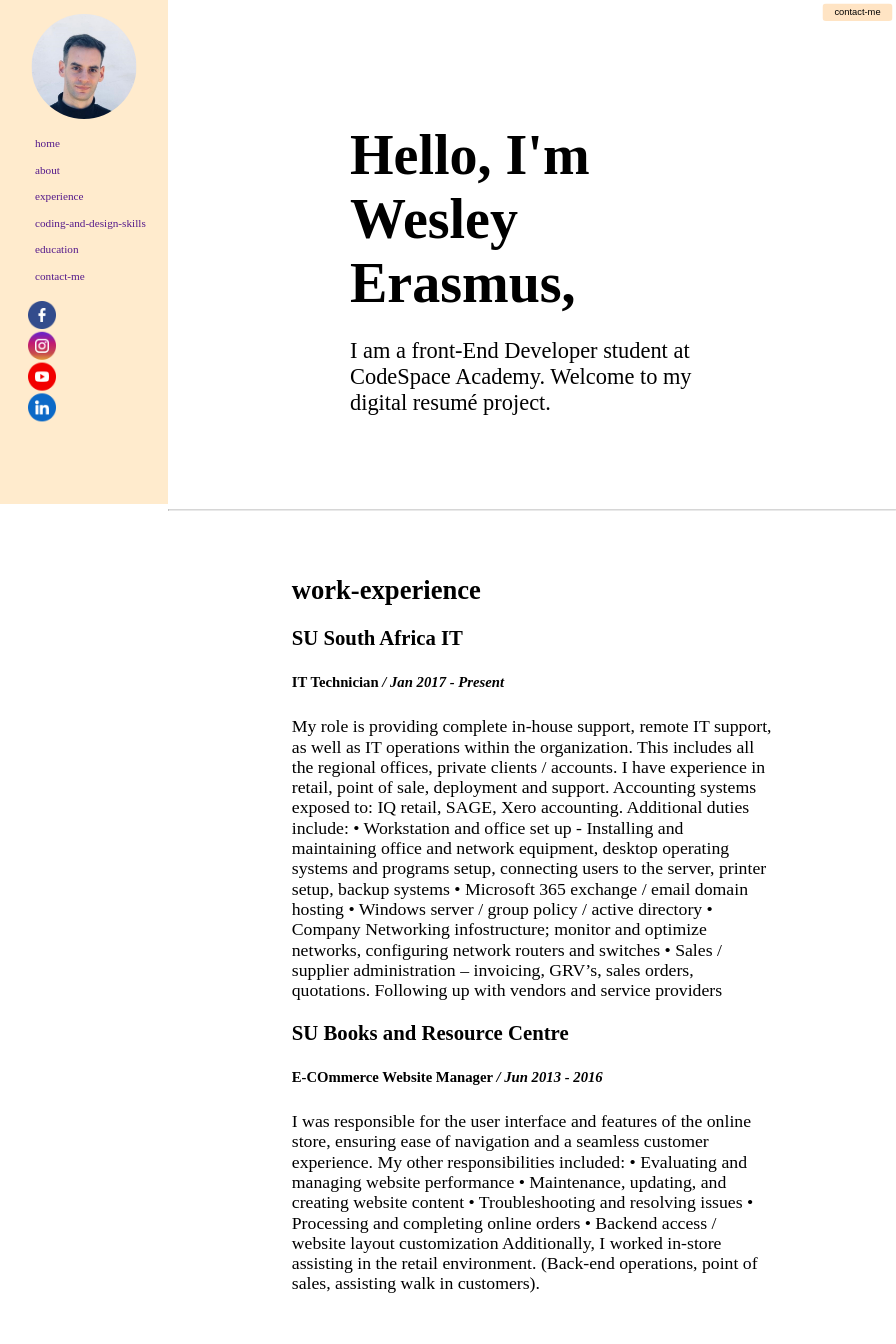
Repository: WesleyErasmus/MyDigitalResume-5
Page: index.html
An editor plug-in stored every save of this project. The page is shown before and after the next save, followed by the edit.
The browser window is 1280 px wide. The pictures show the part of the page from y = 0 to 1920 px (the page is 2928 px tall), at 70% of full size.

Above is the page before, as saved 2022-02-25 21:03:31.

### index.html
<!DOCTYPE html>
<html lang="en">

<head>
    <meta charset="UTF-8">
    <meta http-equiv="X-UA-Compatible" content="IE=edge">
    <meta name="viewport" content="width=device-width, initial-scale=1.0">
    <title>Wesley Erasmus Digital Resume 5</title>
    <link rel="stylesheet" href="stylesheet.css">
</head>

<body>
    <!-- look into using use hr tag -->
    <header>
        <span>
            <button id="contact-me-btn">contact-me</button>
        </span>
    </header>
    <nav>
        <img id="headshot" src="images/headshot.jpeg" alt="headshot">
        <!-- <h1 id="full-name">Wesley Erasmus</h1> -->
        <ul class="nav-btns">
            <li><a href="">home</a></li>
            <li><a href="">about</a></li>
            <li><a href="">experience</a></li>
            <li><a href="">coding-and-design-skills</a></li>
            <li><a href="">education</a></li>
            <li><a href="">contact-me</a></li>
        </ul>
        <!-- <div>move social media links down</div> -->
        <ul class="social-media-links">
            <li><a href="https://www.facebook.com/codespaceza" target="_blank"><img src="/icons/facebook.png"
                        alt="Facebook" width="40px" height="40px"></a></li>
            <li><a href="https://www.instagram.com/codespaceza/" target="_blank"><img src="icons/instagram.png"
                        alt="Instagram" width="40px" height="40px"></a></li>
            <li><a href="https://www.youtube.com/channel/UCfmXJliguiwBv2QlRzWdrxA" target="_blank"><img
                        src="icons/youtube.png" alt="YouTube" width="40px" height="40px"></a></li>
            <li><a href="https://www.linkedin.com/school/codespaceza/" target="_blank"><img src="icons/linkedin.png"
                        alt="LinkedIn" width="40px" height="40px"></a></li>
        </ul>
    </nav>
    <main>
        <article class="about-me">
            <h1 id="hello">Hello, I'm Wesley Erasmus,</h1>
                    <p>I am a front-End Developer student at CodeSpace Academy. Welcome to my digital resumé project.</p>
        </article>
        <hr>
        <article class="job-experience">
            <h1>work-experience</h1>
            <h3>SU South Africa IT</h3>
            <h5>IT Technician <em>/ Jan 2017 - Present</em></h5>
            <p>My role is providing complete in-house support, remote IT support, as well as IT operations within the
                organization. This includes all the regional offices, private clients / accounts. I have experience in
                retail, point of sale, deployment and support. Accounting systems exposed to: IQ retail, SAGE, Xero
                accounting. Additional duties include:
                • Workstation and office set up - Installing and maintaining office and network equipment, desktop
                operating systems and programs setup, connecting users to the server, printer setup, backup systems
                • Microsoft 365 exchange / email domain hosting
                • Windows server / group policy / active directory
                • Company Networking infostructure; monitor and optimize networks, configuring network routers and
                switches
                • Sales / supplier administration – invoicing, GRV’s, sales orders, quotations. Following up with
                vendors and service providers</p>
            <h3>SU Books and Resource Centre</h3>
            <h5>E-COmmerce Website Manager <em>/ Jun 2013 - 2016</em></h5>
            <p>I was responsible for the user interface and features of the online store, ensuring ease of navigation and a seamless customer experience. My other responsibilities included:
                • Evaluating and managing website performance
                • Maintenance, updating, and creating website content
                • Troubleshooting and resolving issues
                • Processing and completing online orders
                • Backend access / website layout customization
                Additionally, I worked in-store assisting in the retail environment. (Back-end operations, point of sales, assisting walk in customers).</p>
        </article>
        <article class="coding-and-design-skills">
            <h1>my-coding-and-design-skills</h1>
            <ul>
                <li>HTML</li>
                <li>CSS</li>
                <li>Bootstrap</li>
                <li>Typography</li>
                <li>GitHub / Git / Version Control</li>
                <li>Wireframing</li>
                <li>UX design & UI design</li>
                <li>Figma / Adobe XD</li>
            </ul>
        </article>
        <hr>
        <article class="education">
            <h1>education</h1>
            <ul>
                <li><h3>CodeSpace Academy</h3><p>web-design</p></li>
                <li><h3>UNISA</h3><p>marketing-management</p></li>
            </ul>
        </article>
        <article>
            about me - use linkedin profile
        </article>
    </main>
    <footer>
        <h3>my-contact-details</h3>
        <div class="footer-contact-details">email</div>
        <div class="footer-contact-details">whatsApp</div>
        <div class="footer-contact-details">linkedIn</div>



        <ul class="social-media-links">
            <li><a href="https://www.facebook.com/codespaceza" target="_blank"><img src="/icons/facebook.png"
                        alt="Facebook" width="40px" height="40px"></a></li>
            <li><a href="https://www.instagram.com/codespaceza/" target="_blank"><img src="icons/instagram.png"
                        alt="Instagram" width="40px" height="40px"></a></li>
            <li><a href="https://www.youtube.com/channel/UCfmXJliguiwBv2QlRzWdrxA" target="_blank"><img
                        src="icons/youtube.png" alt="YouTube" width="40px" height="40px"></a></li>
            <li><a href="https://www.linkedin.com/school/codespaceza/" target="_blank"><img src="icons/linkedin.png"
                        alt="LinkedIn" width="40px" height="40px"></a></li>
        </ul>
    </footer>

</body>

</html>

### stylesheet.css
* {
  box-sizing: border-box;
  list-style-type: none;
}
body {
  margin: 0 0 0 240px;
  padding: 0;
}
header {
  text-align: center;
}
#headshot {
  width: 150px;
  border-radius: 50%;
  display: block;
  margin: 0 auto;
  margin-top: 20px;
  padding: 0;
  /* margin-left: auto;
    margin-right: auto; */
}
/* h1#full-name {
    text-align: center;
    font-size: 40px;
    padding: 0px;
    margin: 10px 0 0 0;
} */
button#contact-me-btn {
  position: fixed;
  float: right;
  right: 0;
  z-index: 1;
  background-color: bisque;
  width: 100px;
  height: 25px;
  margin: 5px 5px 20px;
  border-radius: 5px;
  border: none;
}
nav {
  background-color: blanchedalmond;
  float: left;
  position: fixed;
  left: 0;
  overflow-y: auto;
  overflow-x: hidden;
  height: 100vh;
  min-height: 100vh;
  top: 0;
  width: 240px;
  z-index: 1;
}
.nav-btns li {
  padding: 10px;
}
a:link {
  text-decoration: none;
}
a:visited {
  text-decoration: none;
}
a:hover {
  text-decoration: underline;
}
a:active {
  text-decoration: underline;
}
main {
  /* background-color: blueviolet; */
  position: relative;
  display: block;
  width: 100%;
}
#hello {
  font-size: 5rem;
  margin: 0;
}
article.about-me {
  /* background-color: aquamarine; */
  height: 100vh;
  font-size: 2rem;
  padding: 17% 25%;
}
article.job-experience {
  /* background-color:brown; */
  font-size: 19pt;
  padding: 50px 17% 50px 17%;
}
article.coding-and-design-skills {
  background-color: green;
  font-size: 19pt;
  padding: 50px 17% 50px 17%;
}
article.education {
  background-color: red;
  overflow-x: hidden;
}
.footer-contact-details {
  display: inline;
}

After the next save:
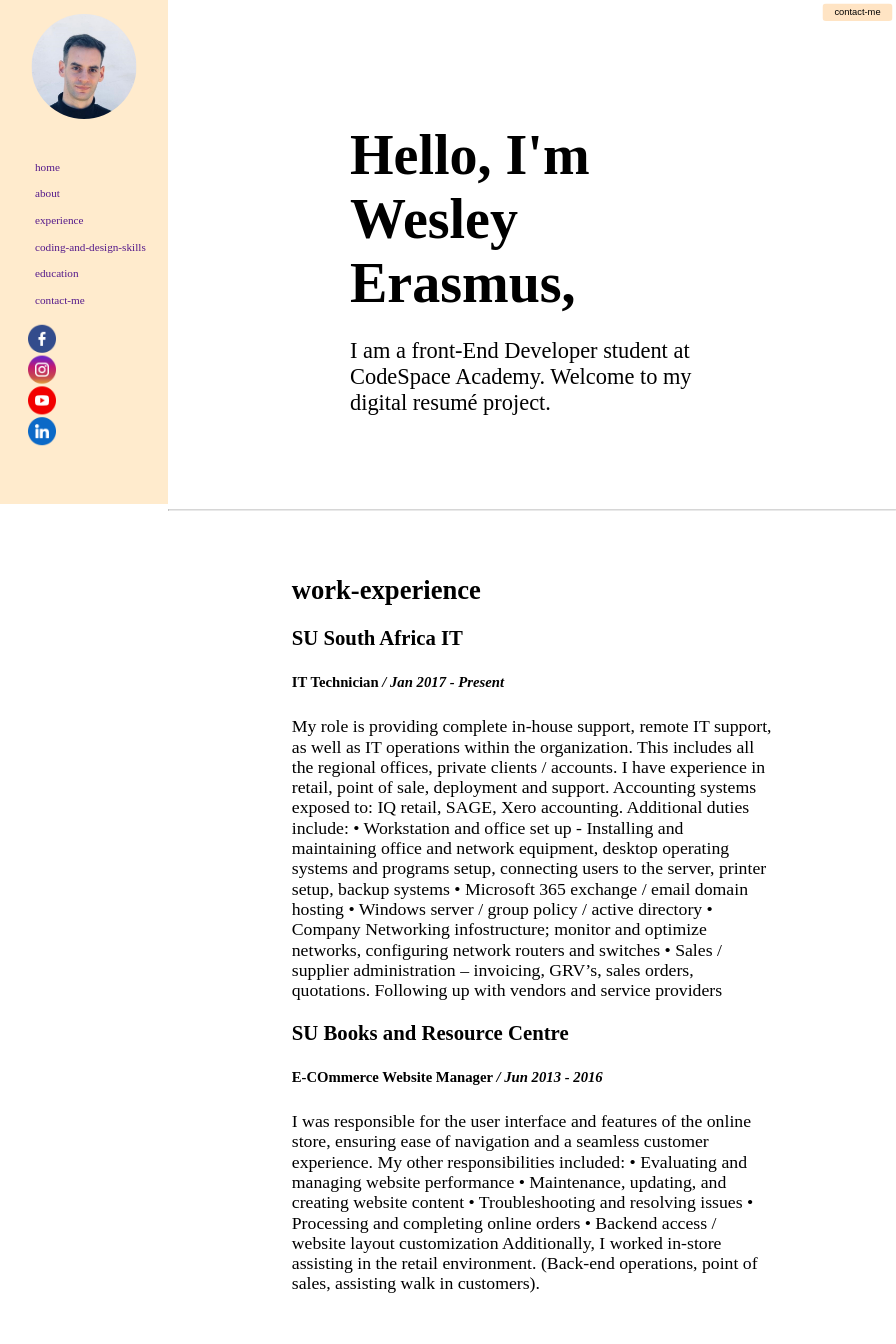
Saved 2 min 46 s later.
--- a/stylesheet.css
+++ b/stylesheet.css
@@ -50,6 +50,9 @@ nav {
   width: 240px;
   z-index: 1;
 }
+ul.nav-btns{
+    margin-top: 50px;
+  }
 .nav-btns li {
   padding: 10px;
 }
